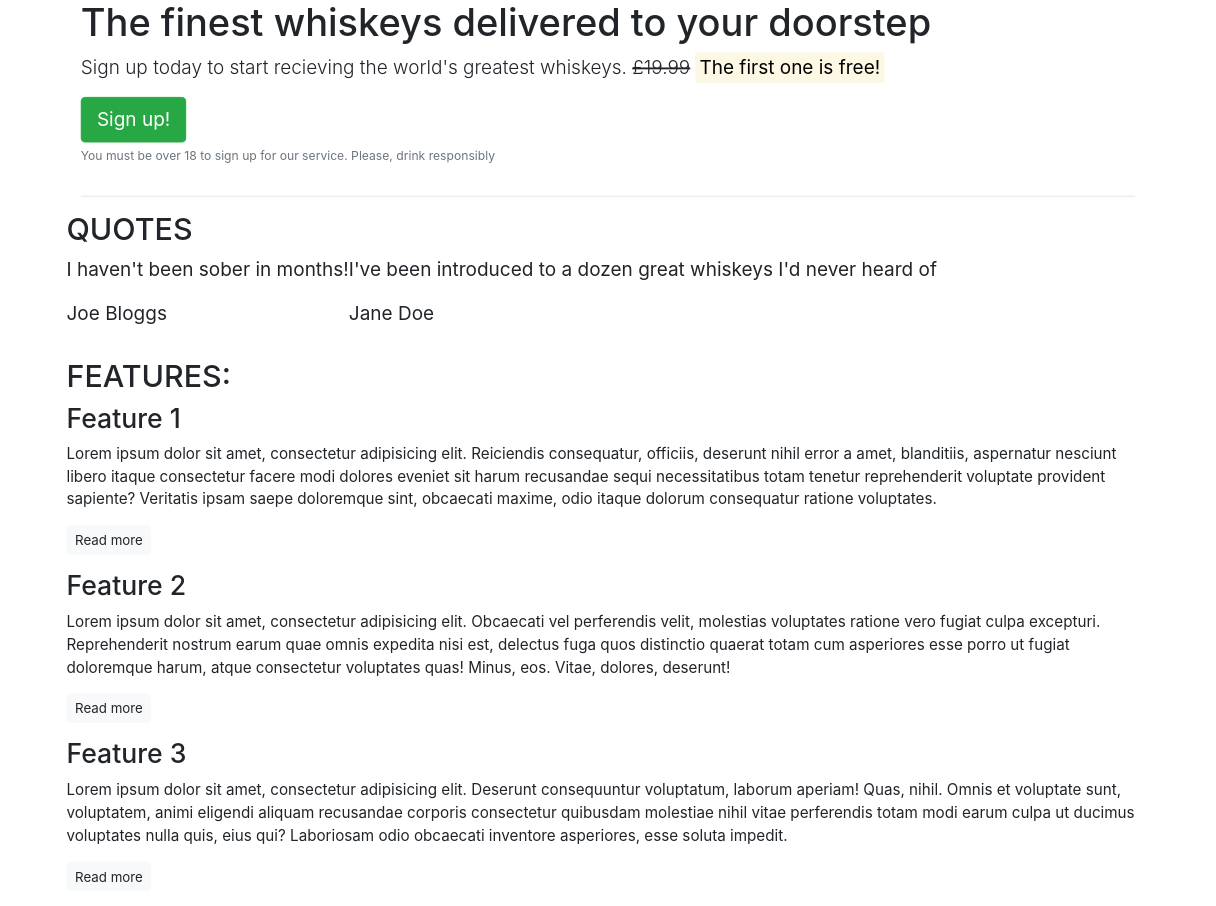
Repository: Matt-F90/Intro-to-bootstrap
Page: index..html
The author's editor kept a record of every edit. The page is drawn from the files as they stood at one moment, then again after the next edit.
The browser window is 1280 px wide. The pictures show the whole page, at 95% of full size.

Above is the page before.
Console error: TypeError: Cannot read properties of undefined (reading 'fn')

After the next edit:
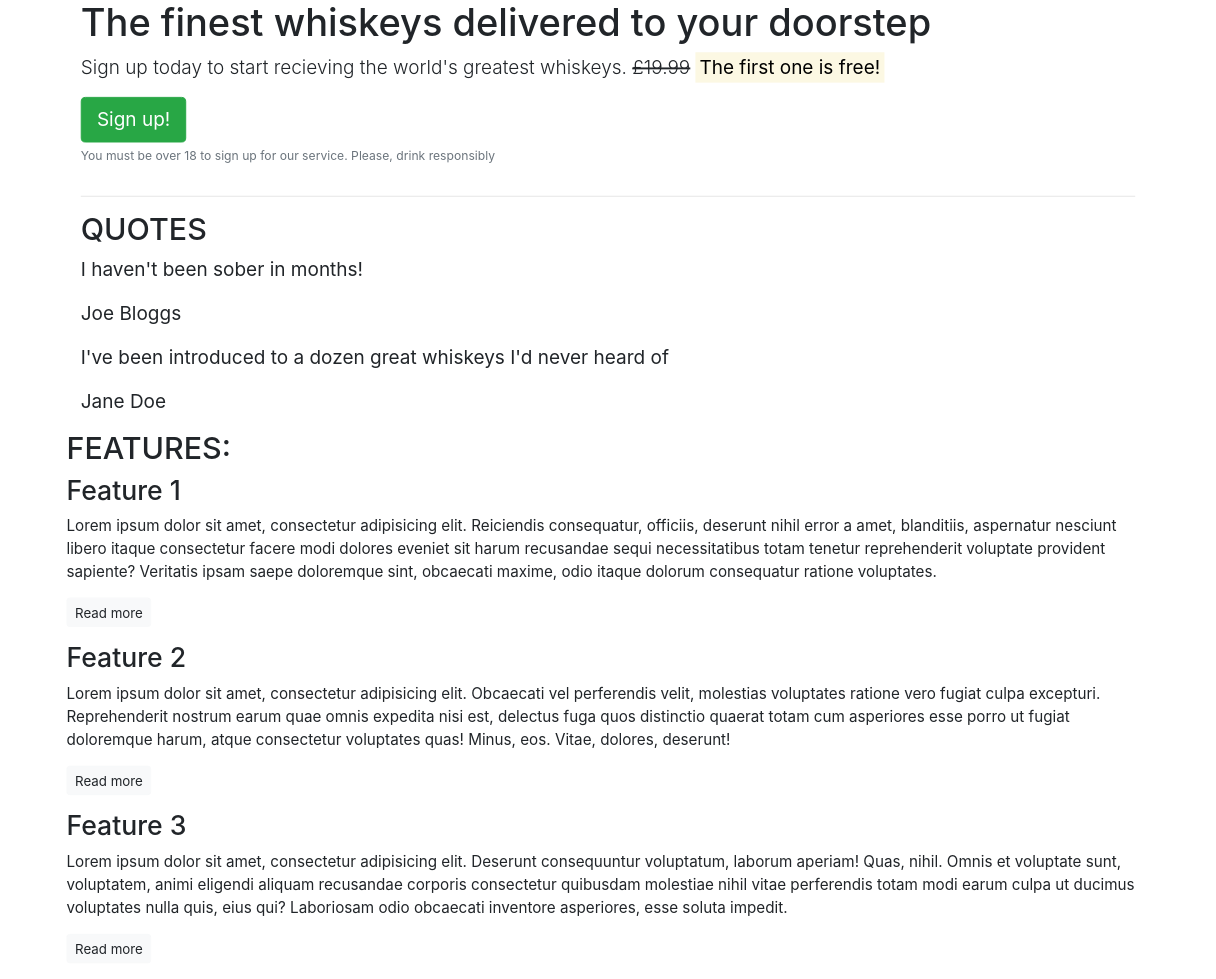
The edit:
--- a/index..html
+++ b/index..html
@@ -14,22 +14,25 @@
     <article class="container">
         <div class="row">
             <div class="col-12">
-            <section class="callout">
-                <h1>The finest whiskeys delivered to your doorstep</h1>
-                <p class="lead">Sign up today to start recieving the world's greatest whiskeys.
-                    <s>£19.99</s> <strong><mark>The first one is free!</mark></strong></p>
-                <button class="btn btn-success btn-lg">Sign up!</button>
-                <p class="text-muted"><small>You must be over 18 to sign up for our service. Please, drink responsibly</small></p>
-            </section>
+                <section class="callout">
+                    <h1>The finest whiskeys delivered to your doorstep</h1>
+                    <p class="lead">Sign up today to start recieving the world's greatest whiskeys.
+                        <s>£19.99</s> <strong><mark>The first one is free!</mark></strong></p>
+                    <button class="btn btn-success btn-lg">Sign up!</button>
+                    <p class="text-muted"><small>You must be over 18 to sign up for our service. Please, drink responsibly</small></p>
+                </section>
             </div>
         </div>
 
         <hr>
         <section class="quotes">
             <div class="row">
-                <h2 class="text-uppercase">Quotes</h2>
+                <div class="col-12">
+                    <h2 class="text-uppercase">Quotes</h2>
+                </div>
             </div>
             <div class="row">
+                <div class="col-12">
                 <blockquote class="blockquote">
                     <p>I haven't been sober in months!</p>
                     <p>Joe Bloggs</p>
@@ -44,8 +47,8 @@
         <section class="features">
             <div class="row">
                 <h2 class="text-uppercase">Features:</h2>
-                </div>
-                <div class="row">
+            </div>
+            <div class="row">
                 <div class="feature">
                     <h3>Feature 1</h3>
                     <p>Lorem ipsum dolor sit amet, consectetur adipisicing elit. Reiciendis consequatur, officiis, deserunt nihil error a amet, blanditiis, aspernatur nesciunt libero itaque consectetur facere modi dolores eveniet sit harum recusandae sequi
@@ -65,7 +68,7 @@
                         nihil vitae perferendis totam modi earum culpa ut ducimus voluptates nulla quis, eius qui? Laboriosam odio obcaecati inventore asperiores, esse soluta impedit.</p>
                     <p><a class="btn btn-sm btn-light">Read more</a></p>
                 </div>
-                </div>
+            </div>
         </section>
 
     </article>
